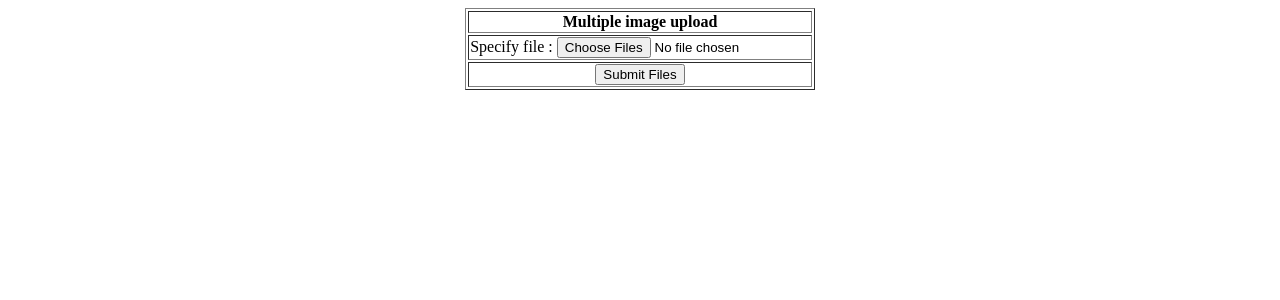
Repository: UnforgivenZZZ/bulldog
Page: http://localhost/bulldog/up.jsp
The author's editor kept a copy of each file at every save. The page is drawn from the files as they stood at one save, then again after the next save.
The browser window is 1280 px wide. The pictures show the whole page.
The page is served by Tomcat 9. Other server files are loaded and not shown.

Above is the page before, as saved 2017-07-18 02:45:39.

### bulldog/WebContent/up.jsp
<%@ page language="java" contentType="text/html; charset=ISO-8859-1"
    pageEncoding="ISO-8859-1"%>
<!DOCTYPE html PUBLIC "-//W3C//DTD HTML 4.01 Transitional//EN" "http://www.w3.org/TR/html4/loose.dtd">
<html>
<head>
<meta http-equiv="Content-Type" content="text/html; charset=ISO-8859-1">
<title>Upload page</title>
</head>
<body>
	<form action="upload?adminid=<%=(Integer) session.getAttribute("admin_id") %>" method="post" enctype="multipart/form-data" name="form1" id="form1">
		<center>
			<table border="1">
				<tr>
					<td align="center"><b>Multiple image upload</b></td>
				</tr>
				<tr>
					<td>
						Specify file : <input name="file" type="file" id="file" multiple>
					</td>
				</tr>
				<tr>
					<td align="center">
						<input type="submit" name="Submit" value="Submit Files">
					</td>
				</tr>
			</table>
		</center>
	</form>
</body>
</html>

After the next save:
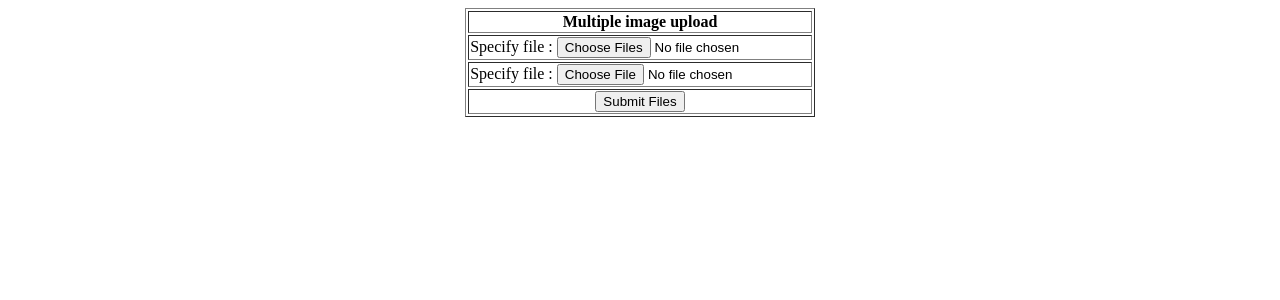
Saved 34 min 17 s later.
--- a/bulldog/WebContent/up.jsp
+++ b/bulldog/WebContent/up.jsp
@@ -18,6 +18,9 @@
 						Specify file : <input name="file" type="file" id="file" multiple>
 					</td>
 				</tr>
+					<td>
+						Specify file : <input name="cover_file" type="file" id="file" >
+					</td>
 				<tr>
 					<td align="center">
 						<input type="submit" name="Submit" value="Submit Files">
